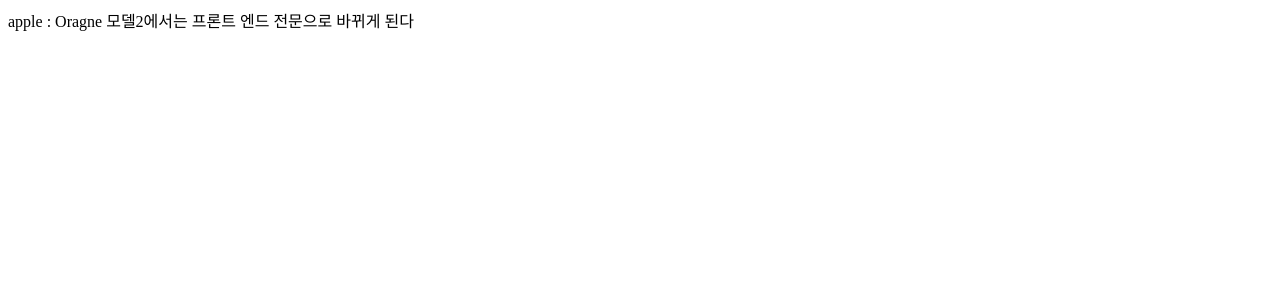
Repository: y2kim/workspace3
Page: http://localhost/WEB_MVC2_JSP_06_04/InputController
An editor plug-in stored every save of this project. The page is shown before and after the next save, followed by the edit.
The browser window is 1280 px wide. The pictures show the whole page.
The page is served by Tomcat 9. Queries for data that is not in the repository find no rows.

Above is the page before, as saved 2018-06-05 00:52:54.

After the next save:
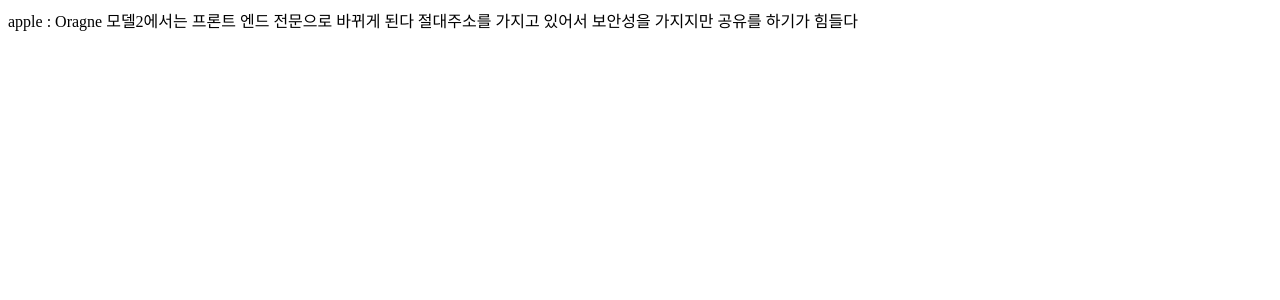
Saved 95 s later.
--- a/WEB_MVC2_JSP_06_04/WebContent/infoView.jsp
+++ b/WEB_MVC2_JSP_06_04/WebContent/infoView.jsp
@@ -7,7 +7,9 @@
 <title>Insert title here</title>
 </head>
 <body>
-	${list[0] } : ${list[1] } 모델2에서는 프론트 엔드 전문으로 바뀌게 된다
+	${list[0] } : ${list[1] }
+	모델2에서는 프론트 엔드 전문으로 바뀌게 된다
+	절대주소를 가지고 있어서 보안성을 가지지만 공유를 하기가 힘들다
 	<script>
 	if(${result} >0){
 		alert("입력에 성공하였습니다.")
